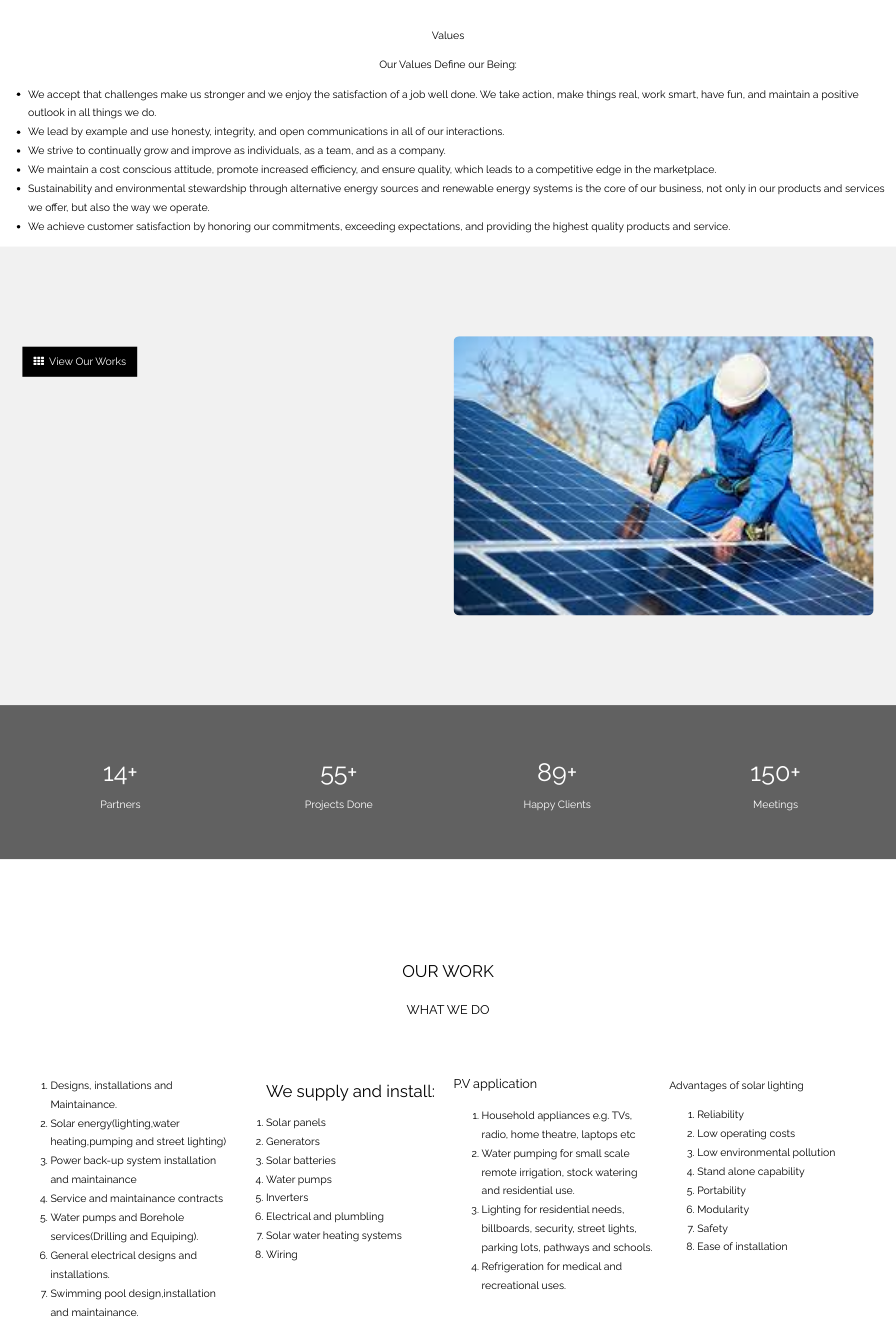
Repository: peterclermy232/LAZCOM
Page: index.html
These files come from the project's save history. The page is drawn as it stood at one moment and after a run of saves; the edit follows.
The browser window is 1280 px wide. The pictures show the part of the page from y = 1545 to 3445 px (the page is 5865 px tall before and 5929 px after), at 70% of full size.
A picture or video elsewhere on the page could not be fetched, so the positions and the page height are approximate.

Above is the page before, as saved 2022-06-15 17:32:45.

After the next 2 saves:
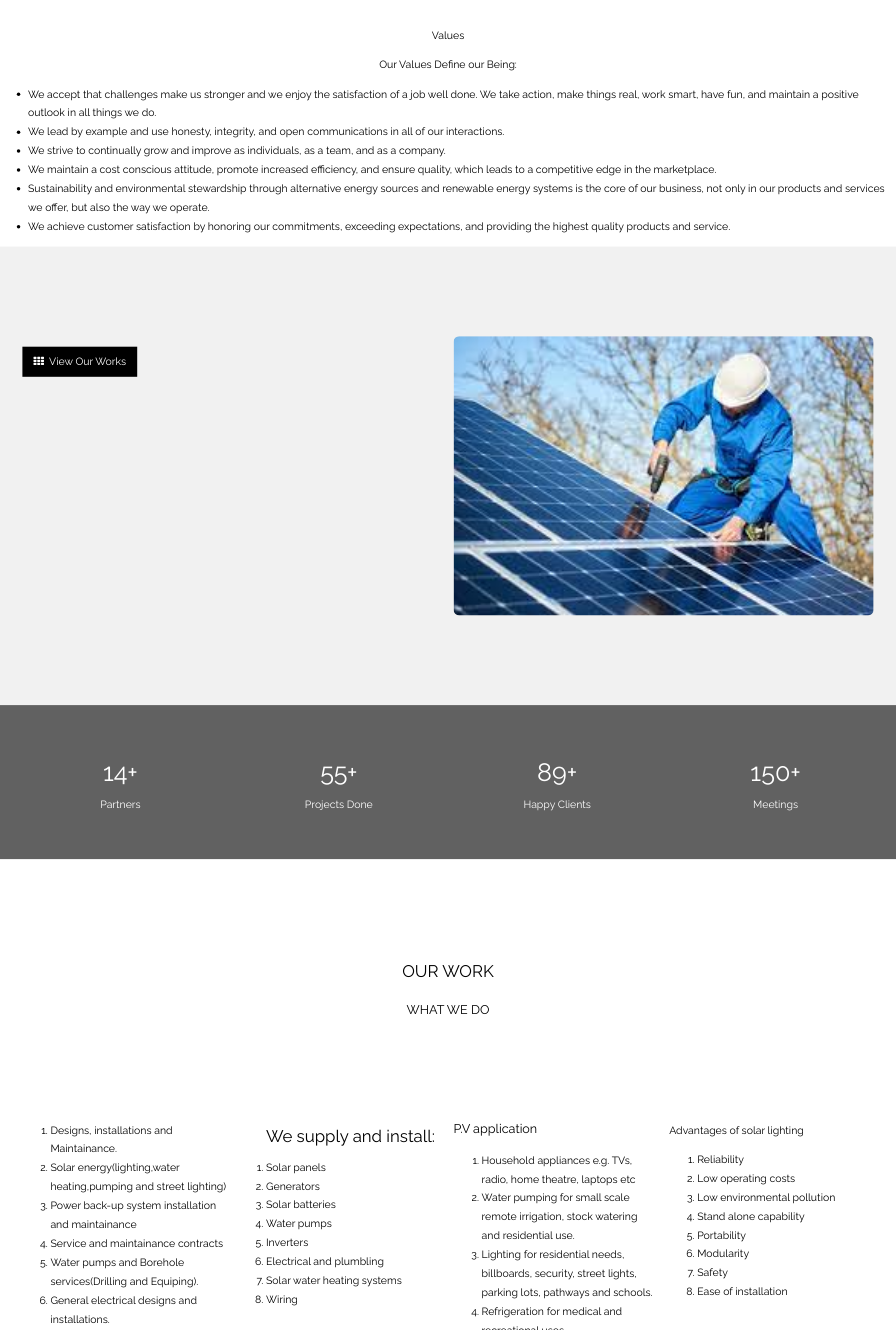
The 2 saves are shown as one change because they came seconds apart.
The last was saved 29 s later.
--- a/index.html
+++ b/index.html
@@ -177,7 +177,8 @@ body, html {
   <h3 class="w3-center">OUR WORK</h3>
   <p class="w3-center w3-large">WHAT WE DO</p>
 
-
+  <div class="w3-row-padding" style="margin-top:64px">
+  </div>
 
   <div class="w3-row-padding" style="margin-top:64px">
     <div class="w3-col l3 m6">
